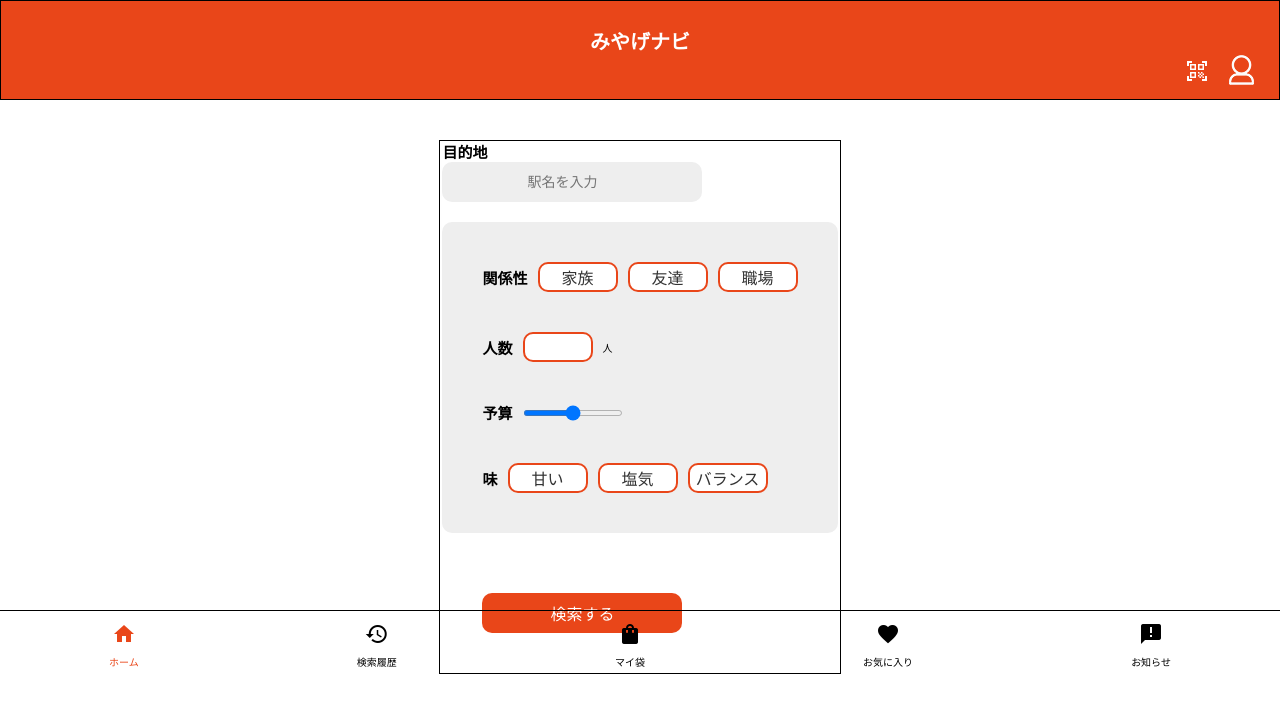
Repository: ama-ne2/miyage_nav
Page: index.html
These files come from the project's save history. The page is drawn as it stood at one moment and after the next save; the edit follows.
The browser window is 1280 px wide. The pictures show the whole page.

Above is the page before, as saved 2026-02-06 10:33:11.

After the next save:
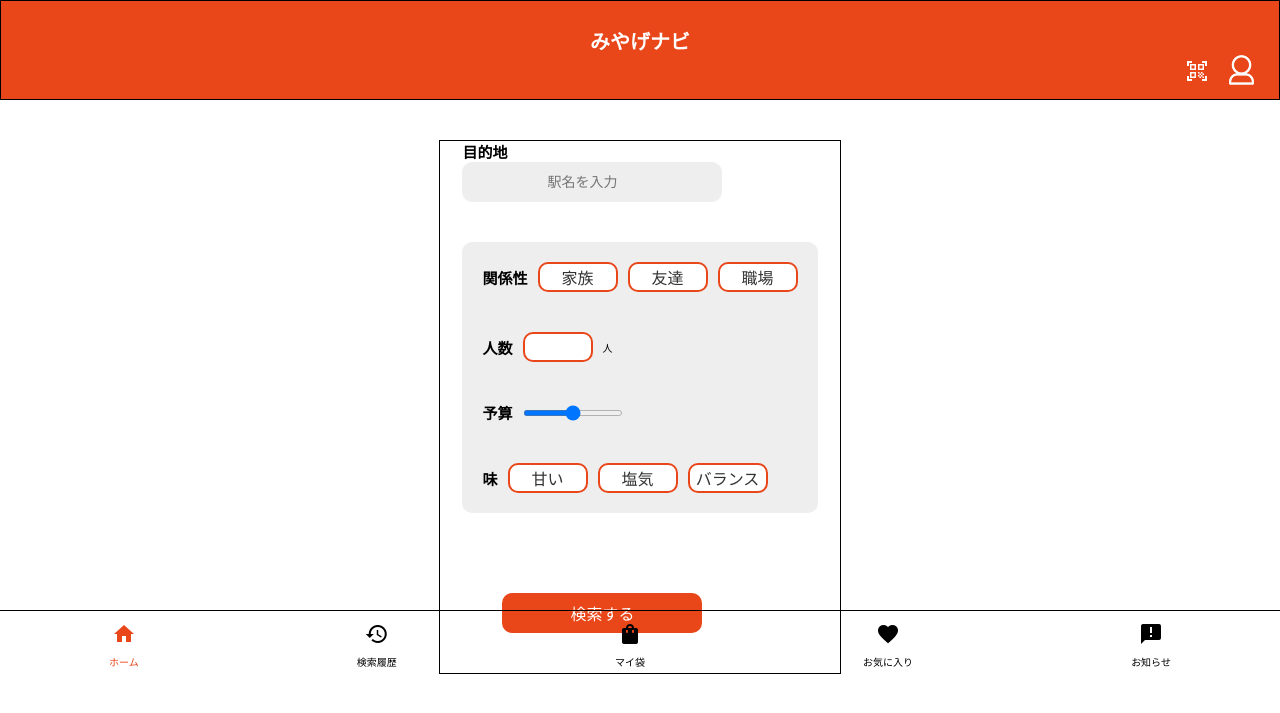
Saved 14 s later.
--- a/css/index.css
+++ b/css/index.css
@@ -80,8 +80,7 @@ input[type="range"]::-webkit-slider-thumb{
 .keyword_wrap{
     background-color: #EEE;
     border-radius: 10px;
-    margin: 20px auto;
-    padding: 20px;
+    margin: 40px auto;
 }
 
 
